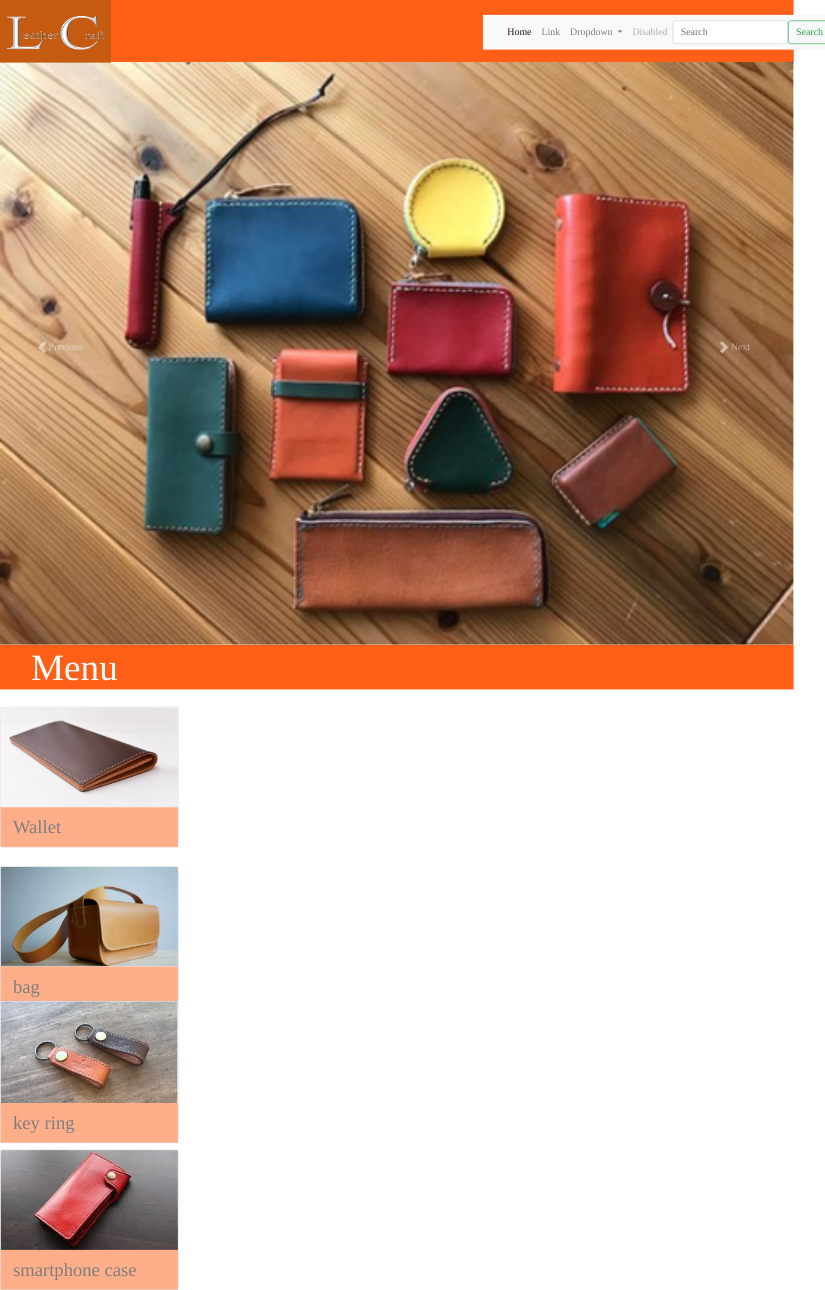
Repository: Ossan-gon/leatercraft
Page: index/indexx.html
The author's editor kept a record of every edit. The page is drawn from the files as they stood at one moment, then again after the next edit.
The browser window is 1280 px wide. The page is 1330 px wide, so the pictures cover 1330 px, including what lies to the right of the window. The pictures show the whole page, at 62% of full size.
Some web libraries are served in a nearby version.

Above is the page before.

After the next edit:
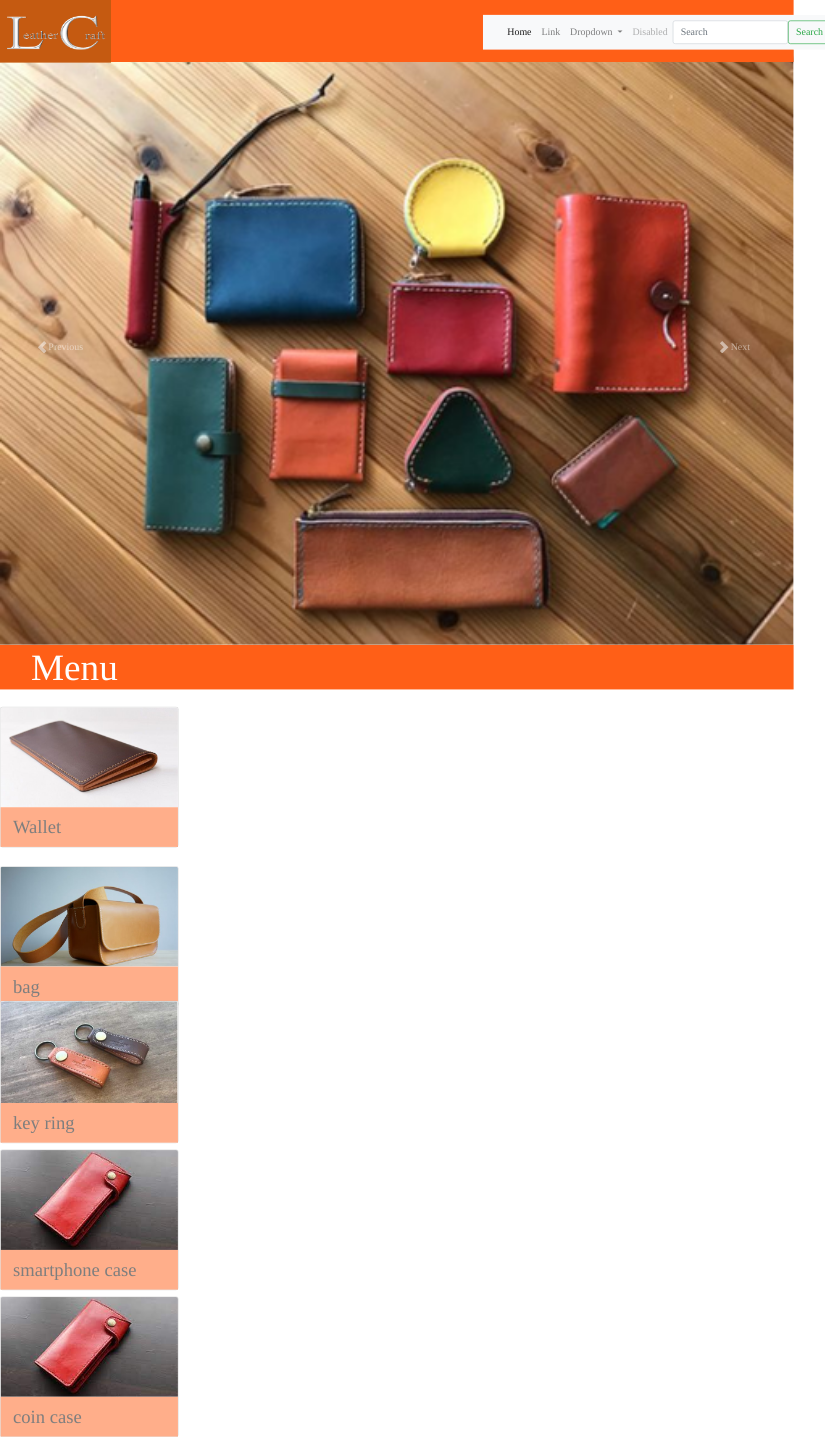
The edit:
--- a/index/indexx.html
+++ b/index/indexx.html
@@ -97,6 +97,12 @@
                 <p class="card-text">smartphone case</p>
               </div>
             </div>
+            <div class="card" style="width: 18rem;">
+              <img src="./../images/smartphonecase.png" class="card-img-top" alt="smartphone_case">
+              <div class="card-body">
+                <p class="card-text">coin case</p>
+              </div>
+            </div>
         </div>
     </section>
     <script src="https://cdn.jsdelivr.net/npm/@popperjs/core@2.5.4/dist/umd/popper.min.js" integrity="sha384-q2kxQ16AaE6UbzuKqyBE9/u/KzioAlnx2maXQHiDX9d4/zp8Ok3f+M7DPm+Ib6IU" crossorigin="anonymous"></script>
